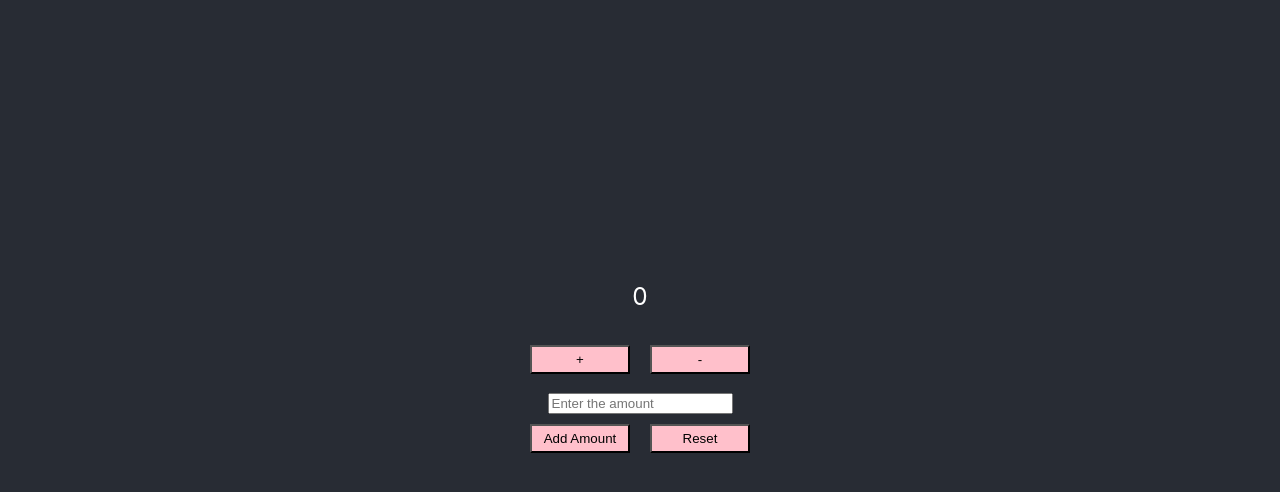
Repository: mahsa199170/React-Redux-Projects
Page: / (app in counter-app-redux-toolkit/)
An editor plug-in stored every save of this project. The page is shown before and after the next save, followed by the edit.
The browser window is 1280 px wide. The pictures show the whole page.
The project was rebuilt for these pictures with package versions that can differ from the ones it lists, and the page was loaded fresh each time.

Above is the page before, as saved 2024-10-28 15:17:18.

After the next save:
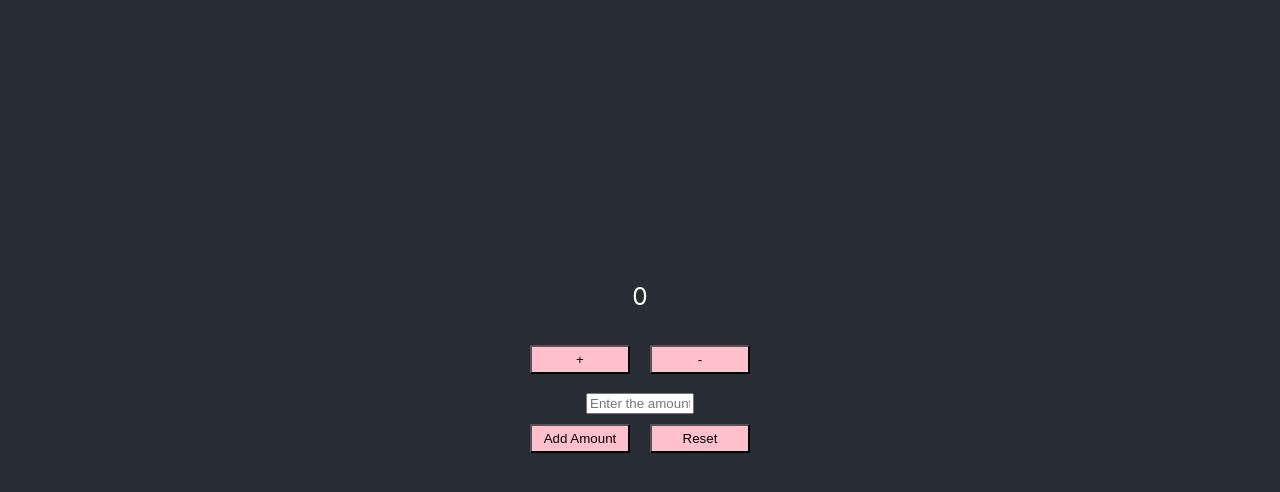
Saved 25 s later.
--- a/counter-app-redux-toolkit/src/components/counter/Counter.scss
+++ b/counter-app-redux-toolkit/src/components/counter/Counter.scss
@@ -4,3 +4,7 @@ button {
   margin: 10px;
   width: 100px;
 }
+
+input {
+  width: 100px;
+}
